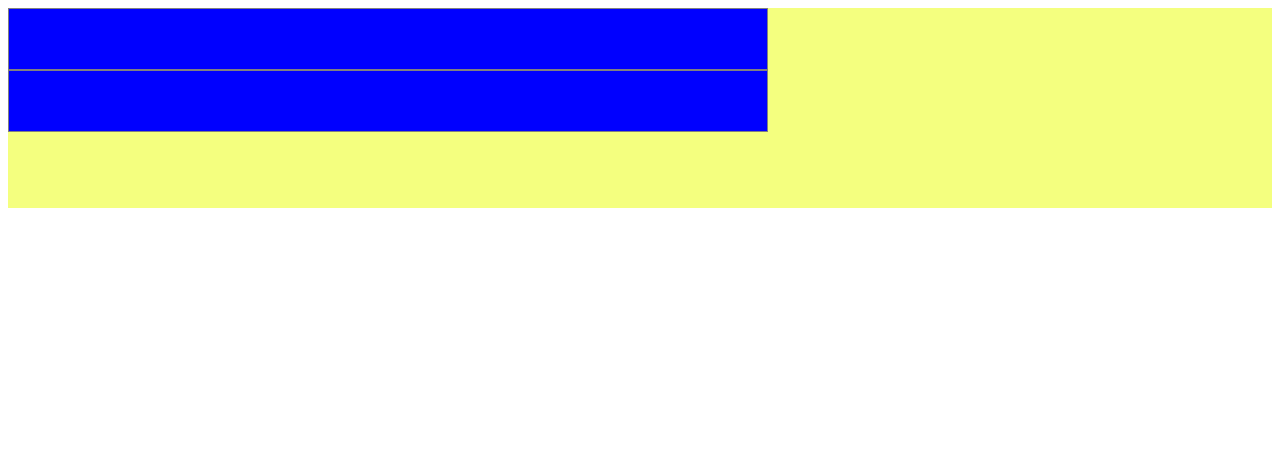
Repository: nepali2385/FUll-stack-practice
Page: Day5/Day5/index.html
An editor plug-in stored every save of this project. The page is shown before and after the next save, followed by the edit.
The browser window is 1280 px wide. The pictures show the whole page.

Above is the page before, as saved 2024-08-27 14:39:06.

After the next save:
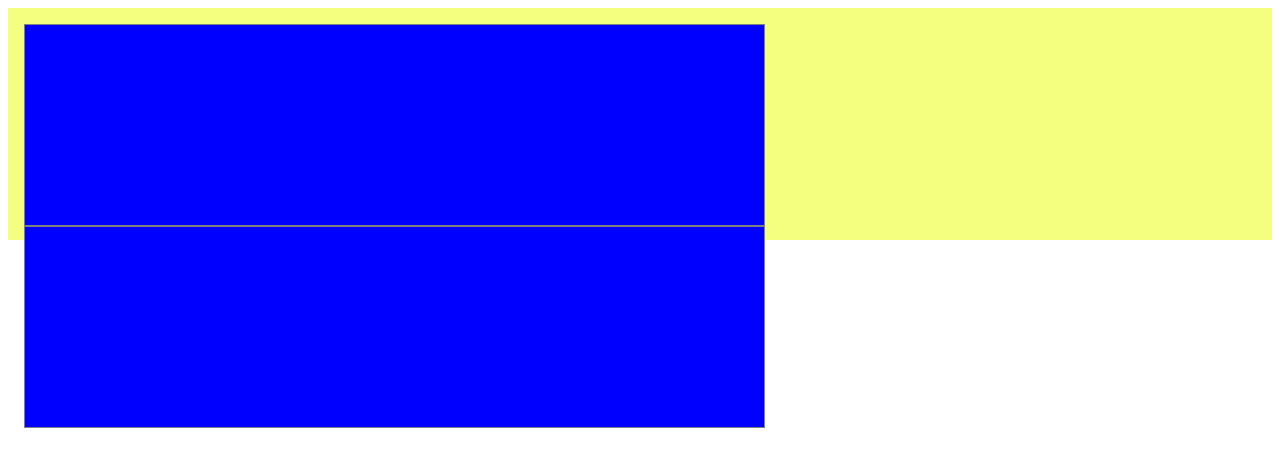
Saved 115 s later.
--- a/Day5/Day5/style.css
+++ b/Day5/Day5/style.css
@@ -46,10 +46,10 @@
  .p{
     height: 200px;
     background-color: rgb(244, 255, 127);
-
+ padding: 16px;
  }
  .c{
-    height: 30%;
+    height: 100%;
     background-color: blue;
     border: 1px solid grey;
     width: 60%;
